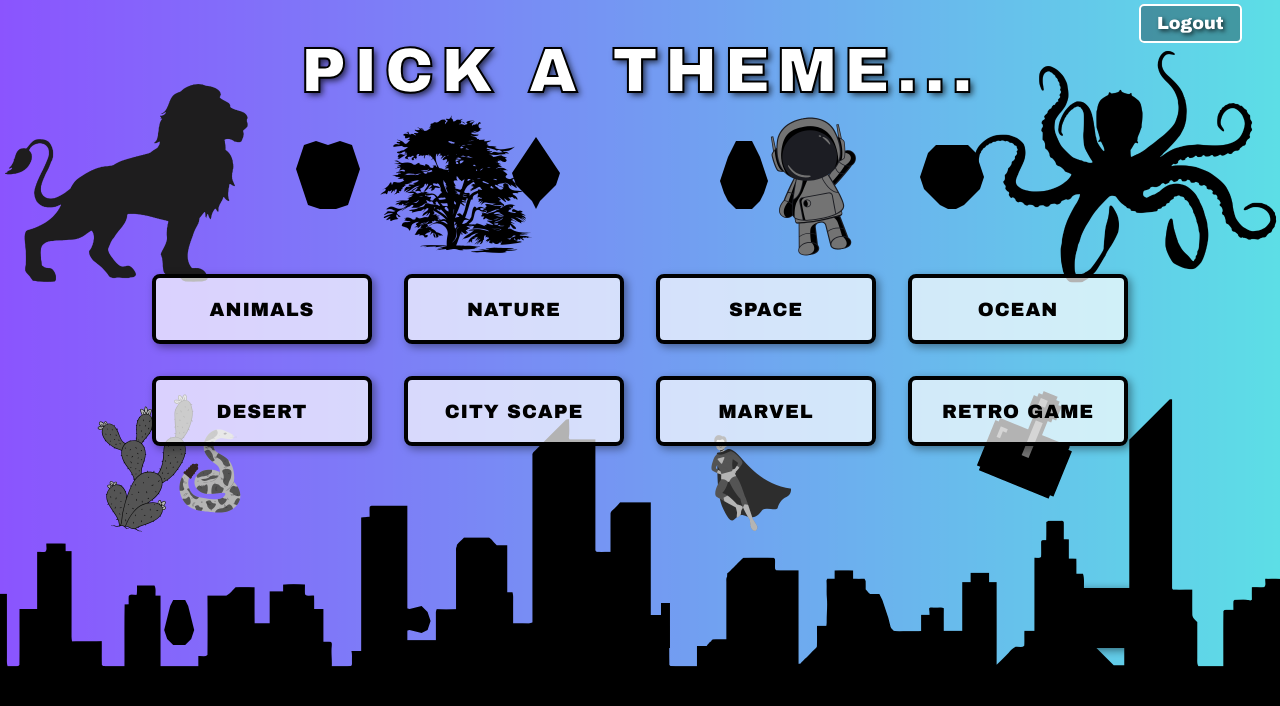
Repository: YummyFrog/WP_Project_2
Page: menu.html
An editor plug-in stored every save of this project. The page is shown before and after the next save, followed by the edit.
The browser window is 1280 px wide. The pictures show the whole page.

Above is the page before, as saved 2025-08-02 19:45:28.

### menu.html
<!DOCTYPE html>
<html lang="en">
<head>
    <meta charset="UTF-8">
    <meta name="viewport" content="width=device-width, initial-scale=1.0">
    <title>Pick a Theme - Fifteen Puzzle</title>
    <link rel="stylesheet" href="theme-styles.css">
</head>
<body>
    <div class="theme-container">
        <!-- Header with title and silhouettes -->
        <div class="header-section">
            <h1 class="theme-title">PICK A THEME...</h1>
            <div class="silhouettes">
                <div class="silhouette lion"></div>
                <div class="silhouette tree"></div>
                <div class="silhouette astronaut"></div>
                <div class="silhouette octopus"></div>
            </div>
        </div>

        <!-- Theme selection buttons -->
        <div class="theme-grid">
            <div class="theme-row">
                <button class="theme-button" data-theme="animals" onclick="selectTheme('animals')">
                    ANIMALS
                </button>
                <button class="theme-button" data-theme="nature" onclick="selectTheme('nature')">
                    NATURE
                </button>
                <button class="theme-button" data-theme="space" onclick="selectTheme('space')">
                    SPACE
                </button>
                <button class="theme-button" data-theme="ocean" onclick="selectTheme('ocean')">
                    OCEAN
                </button>
            </div>
            <div class="theme-row">
                <button class="theme-button" data-theme="desert" onclick="selectTheme('desert')">
                    DESERT
                </button>
                <button class="theme-button" data-theme="cityscape" onclick="selectTheme('cityscape')">
                    CITY SCAPE
                </button>
                <button class="theme-button" data-theme="marvel" onclick="selectTheme('marvel')">
                    MARVEL
                </button>
                <button class="theme-button" data-theme="retro" onclick="selectTheme('retro')">
                    RETRO GAME
                </button>
            </div>
        </div>

        <!-- Bottom silhouettes -->
        <div class="bottom-silhouettes">
            <div class="silhouette cactus"></div>
            <div class="silhouette snake"></div>
            <div class="silhouette buildings"></div>
            <div class="silhouette superhero"></div>
            <div class="silhouette pixels"></div>
        </div>

        <!-- Logout button -->
        <div class="logout-section">
            <a href="logout.php" class="logout-link">Logout</a>
        </div>
    </div>

    <script>
        function selectTheme(themeName) {
            // Save selected theme to localStorage
            localStorage.setItem('selectedTheme', themeName);

            // Show selection feedback
            const button = document.querySelector(`[data-theme="${themeName}"]`);
            button.style.transform = 'scale(0.95)';
            button.style.backgroundColor = 'rgba(255, 255, 255, 0.9)';

            // Redirect to game after short delay
            setTimeout(() => {
                window.location.href = 'index.html';
            }, 200);
        }

        // Add hover effects
        document.querySelectorAll('.theme-button').forEach(button => {
            button.addEventListener('mouseenter', function() {
                this.style.transform = 'scale(1.05)';
                this.style.backgroundColor = 'rgba(255, 255, 255, 0.8)';
            });

            button.addEventListener('mouseleave', function() {
                this.style.transform = 'scale(1)';
                this.style.backgroundColor = 'rgba(255, 255, 255, 0.7)';
            });
        });
    </script>
</body>
</html>

### theme-styles.css
* {
    margin: 0;
    padding: 0;
    box-sizing: border-box;
}

body {
    font-family: 'Arial Black', Arial, sans-serif;
    margin: 0;
    padding: 0;
    height: 100vh;
    overflow: hidden;
}

.theme-container {
    width: 100vw;
    height: 100vh;
    background-image: url('themebg.png');
    background-size: cover;
    background-position: center;
    background-repeat: no-repeat;
    display: flex;
    flex-direction: column;
    align-items: center;
    justify-content: center;
    position: relative;
}

/* Header Section */
.header-section {
    position: absolute;
    top: 5%;
    width: 100%;
    text-align: center;
}

.theme-title {
    font-size: 4rem;
    font-weight: 900;
    color: white;
    text-shadow: 3px 3px 6px rgba(0, 0, 0, 0.7);
    letter-spacing: 0.1em;
    margin-bottom: 2rem;
    text-stroke: 2px black;
    -webkit-text-stroke: 2px black;
}

/* Silhouettes */
.silhouettes {
    display: flex;
    justify-content: center;
    gap: 8rem;
    margin-top: 1rem;
}

.silhouette {
    width: 80px;
    height: 80px;
    background-color: black;
    filter: drop-shadow(2px 2px 4px rgba(0, 0, 0, 0.5));
}

.silhouette.lion {
    clip-path: polygon(20% 10%, 35% 5%, 50% 10%, 65% 5%, 80% 10%, 85% 25%, 90% 40%, 85% 55%, 80% 70%, 75% 85%, 60% 90%, 40% 90%, 25% 85%, 20% 70%, 15% 55%, 10% 40%, 15% 25%);
}

.silhouette.tree {
    clip-path: polygon(50% 0%, 60% 15%, 70% 30%, 80% 45%, 75% 60%, 65% 70%, 55% 80%, 50% 90%, 45% 80%, 35% 70%, 25% 60%, 20% 45%, 30% 30%, 40% 15%);
}

.silhouette.astronaut {
    clip-path: polygon(40% 5%, 60% 5%, 65% 15%, 70% 25%, 75% 40%, 80% 55%, 75% 70%, 70% 80%, 60% 90%, 40% 90%, 30% 80%, 25% 70%, 20% 55%, 25% 40%, 30% 25%, 35% 15%);
}

.silhouette.octopus {
    clip-path: polygon(30% 10%, 70% 10%, 80% 20%, 85% 35%, 90% 50%, 85% 65%, 75% 75%, 65% 85%, 55% 90%, 45% 90%, 35% 85%, 25% 75%, 15% 65%, 10% 50%, 15% 35%, 20% 20%);
}

/* Theme Grid */
.theme-grid {
    display: flex;
    flex-direction: column;
    gap: 2rem;
    align-items: center;
    z-index: 10;
}

.theme-row {
    display: flex;
    gap: 2rem;
    justify-content: center;
}

.theme-button {
    width: 220px;
    height: 70px;
    background-color: rgba(255, 255, 255, 0.7);
    border: 4px solid black;
    font-family: 'Arial Black', Arial, sans-serif;
    font-size: 1.2rem;
    font-weight: 900;
    color: black;
    cursor: pointer;
    transition: all 0.3s ease;
    letter-spacing: 0.05em;
    text-transform: uppercase;
    border-radius: 8px;
    box-shadow: 3px 3px 8px rgba(0, 0, 0, 0.4);
}

.theme-button:hover {
    transform: scale(1.05);
    background-color: rgba(255, 255, 255, 0.8);
    box-shadow: 4px 4px 12px rgba(0, 0, 0, 0.6);
}

.theme-button:active {
    transform: scale(0.95);
    background-color: rgba(255, 255, 255, 0.9);
}

/* Bottom Silhouettes */
.bottom-silhouettes {
    position: absolute;
    bottom: 10%;
    width: 100%;
    display: flex;
    justify-content: space-around;
    padding: 0 5%;
}

.bottom-silhouettes .silhouette {
    width: 60px;
    height: 60px;
}

.silhouette.cactus {
    clip-path: polygon(40% 20%, 60% 20%, 65% 30%, 70% 50%, 75% 70%, 70% 85%, 60% 95%, 40% 95%, 30% 85%, 25% 70%, 30% 50%, 35% 30%);
}

.silhouette.snake {
    clip-path: polygon(20% 40%, 30% 30%, 50% 35%, 70% 30%, 80% 40%, 85% 55%, 80% 70%, 70% 75%, 50% 70%, 30% 75%, 20% 70%, 15% 55%);
}

.silhouette.buildings {
    clip-path: polygon(0% 60%, 15% 60%, 15% 40%, 25% 40%, 25% 20%, 35% 20%, 35% 50%, 50% 50%, 50% 30%, 65% 30%, 65% 45%, 85% 45%, 85% 25%, 100% 25%, 100% 100%, 0% 100%);
}

.silhouette.superhero {
    clip-path: polygon(35% 10%, 65% 10%, 70% 20%, 75% 35%, 80% 50%, 85% 70%, 80% 85%, 70% 95%, 60% 90%, 50% 95%, 40% 90%, 30% 95%, 20% 85%, 15% 70%, 20% 50%, 25% 35%, 30% 20%);
}

.silhouette.pixels {
    background-image:
        linear-gradient(45deg, black 25%, transparent 25%),
        linear-gradient(-45deg, black 25%, transparent 25%),
        linear-gradient(45deg, transparent 75%, black 75%),
        linear-gradient(-45deg, transparent 75%, black 75%);
    background-size: 8px 8px;
    background-position: 0 0, 0 4px, 4px -4px, -4px 0px;
}

/* Logout Section */
.logout-section {
    position: absolute;
    top: 2%;
    right: 3%;
}

.logout-link {
    color: white;
    text-decoration: none;
    font-size: 1.1rem;
    font-weight: bold;
    text-shadow: 2px 2px 4px rgba(0, 0, 0, 0.7);
    padding: 8px 16px;
    border: 2px solid white;
    border-radius: 5px;
    background-color: rgba(0, 0, 0, 0.3);
    transition: all 0.3s ease;
}

.logout-link:hover {
    background-color: rgba(255, 255, 255, 0.2);
    transform: scale(1.05);
}

/* Responsive Design */
@media (max-width: 1200px) {
    .theme-title {
        font-size: 3rem;
    }

    .silhouettes {
        gap: 4rem;
    }

    .theme-button {
        width: 180px;
        height: 60px;
        font-size: 1rem;
    }

    .theme-row {
        gap: 1.5rem;
    }
}

@media (max-width: 768px) {
    .theme-title {
        font-size: 2.5rem;
    }

    .silhouettes {
        gap: 2rem;
    }

    .silhouette {
        width: 60px;
        height: 60px;
    }

    .theme-button {
        width: 150px;
        height: 50px;
        font-size: 0.9rem;
    }

    .theme-row {
        gap: 1rem;
    }

    .theme-grid {
        gap: 1.5rem;
    }

    .bottom-silhouettes .silhouette {
        width: 40px;
        height: 40px;
    }
}

After the next save:
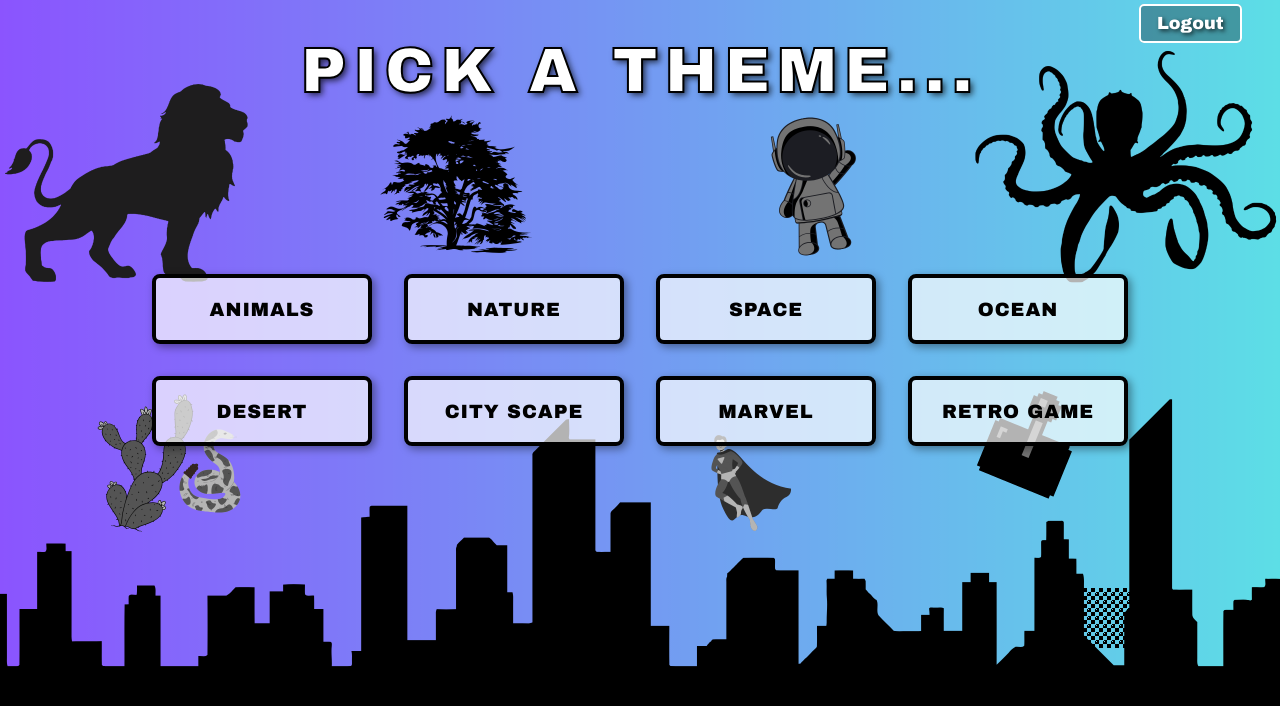
Saved 5 min 32 s later.
--- a/theme-styles.css
+++ b/theme-styles.css
@@ -45,36 +45,7 @@
     -webkit-text-stroke: 2px black;
 }
 
-/* Silhouettes */
-.silhouettes {
-    display: flex;
-    justify-content: center;
-    gap: 8rem;
-    margin-top: 1rem;
-}
-
-.silhouette {
-    width: 80px;
-    height: 80px;
-    background-color: black;
-    filter: drop-shadow(2px 2px 4px rgba(0, 0, 0, 0.5));
-}
-
-.silhouette.lion {
-    clip-path: polygon(20% 10%, 35% 5%, 50% 10%, 65% 5%, 80% 10%, 85% 25%, 90% 40%, 85% 55%, 80% 70%, 75% 85%, 60% 90%, 40% 90%, 25% 85%, 20% 70%, 15% 55%, 10% 40%, 15% 25%);
-}
-
-.silhouette.tree {
-    clip-path: polygon(50% 0%, 60% 15%, 70% 30%, 80% 45%, 75% 60%, 65% 70%, 55% 80%, 50% 90%, 45% 80%, 35% 70%, 25% 60%, 20% 45%, 30% 30%, 40% 15%);
-}
-
-.silhouette.astronaut {
-    clip-path: polygon(40% 5%, 60% 5%, 65% 15%, 70% 25%, 75% 40%, 80% 55%, 75% 70%, 70% 80%, 60% 90%, 40% 90%, 30% 80%, 25% 70%, 20% 55%, 25% 40%, 30% 25%, 35% 15%);
-}
-
-.silhouette.octopus {
-    clip-path: polygon(30% 10%, 70% 10%, 80% 20%, 85% 35%, 90% 50%, 85% 65%, 75% 75%, 65% 85%, 55% 90%, 45% 90%, 35% 85%, 25% 75%, 15% 65%, 10% 50%, 15% 35%, 20% 20%);
-}
+/* Silhouettes are now part of the background image */
 
 /* Theme Grid */
 .theme-grid {
